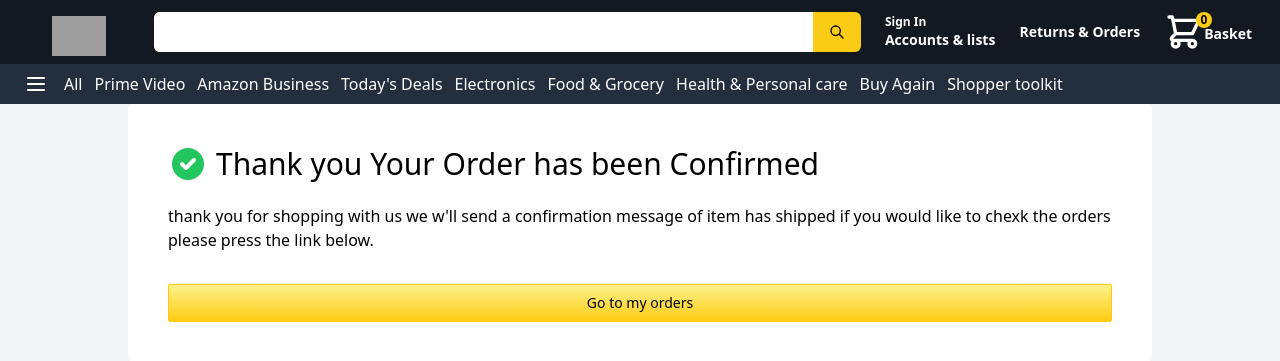
Repository: SehajBindra/Amazon-clone
Page: /success
The author's editor kept a copy of each file at every save. The page is drawn from the files as they stood at one save, then again after the next save.
The browser window is 1280 px wide. The pictures show the whole page.
Pictures or frames that could not be fetched are drawn as grey boxes. The page's requests for data from a server got no answer. The project was rebuilt for these pictures with package versions that can differ from the ones it lists, and the page was loaded fresh each time. The framework's server and built-in components were replaced by stand-ins that run in the browser. No one was signed in, and anything a server would have sent is missing. Also part of the build but not shown: next.config.js.

Above is the page before, as saved 2022-08-11 18:37:54.

After the next save:
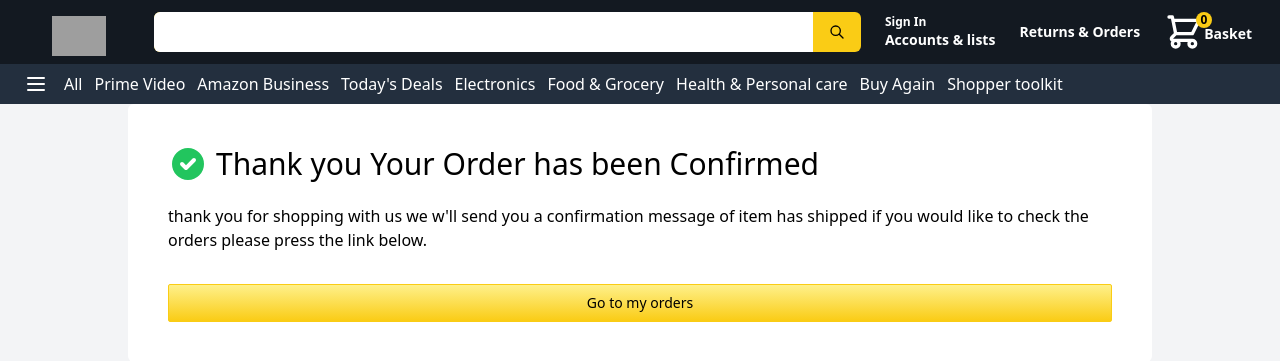
Saved 10 min 41 s later.
--- a/pages/success.js
+++ b/pages/success.js
@@ -16,9 +16,9 @@
             </h1>
           </div>
           <p>
-            thank you for shopping with us we w'll send a confirmation message
-            of item has shipped if you would like to chexk the orders please
-            press the link below.
+            thank you for shopping with us we w'll send you a confirmation
+            message of item has shipped if you would like to check the orders
+            please press the link below.
           </p>
           <button className="button mt-8">Go to my orders</button>
         </div>
